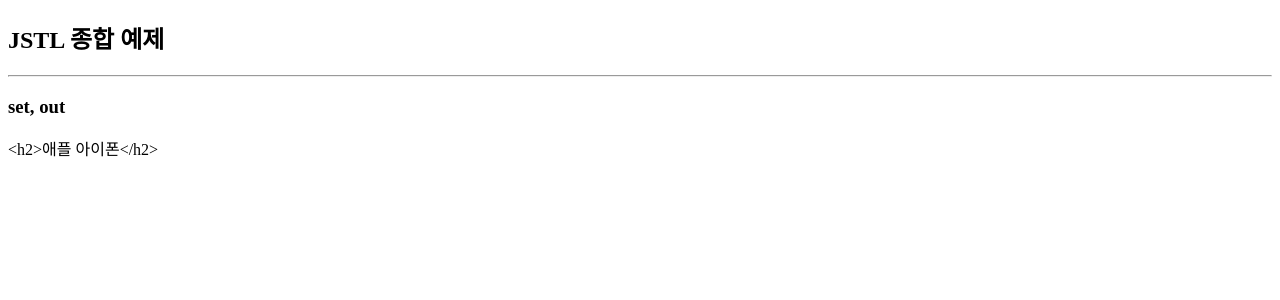
Repository: kiyongee2/kh-jsp
Page: http://localhost/jwbook/ch06/jstlExample.jsp
An editor plug-in stored every save of this project. The page is shown before and after the next save, followed by the edit.
The browser window is 1280 px wide. The pictures show the whole page.
The page is served by Tomcat 9.

Above is the page before, as saved 2023-11-18 12:56:03.

After the next save:
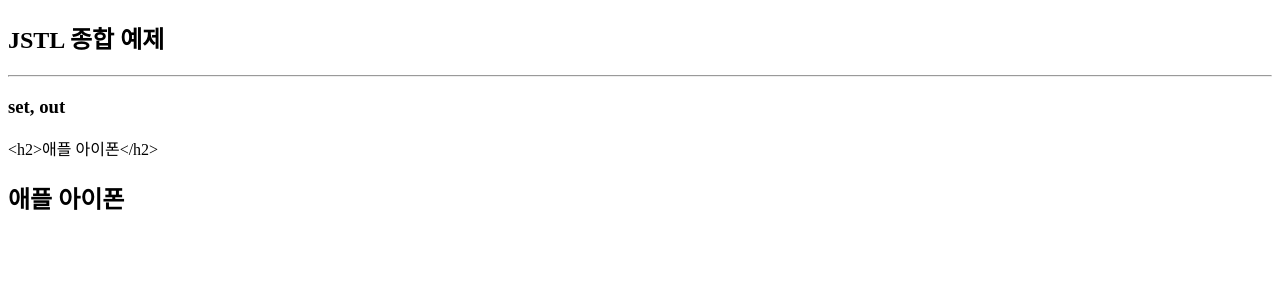
Saved 2 min 55 s later.
--- a/jwbook/src/main/webapp/ch06/jstlExample.jsp
+++ b/jwbook/src/main/webapp/ch06/jstlExample.jsp
@@ -12,6 +12,7 @@
 	<hr>
 	<h3>set, out</h3>
 	<c:set var="product1" value="<h2>애플 아이폰</h2>" />
-	<c:out value="${product1}" />
+	<p><c:out value="${product1}" /></p>
+	<p>${product1}</p>
 </body>
 </html>
